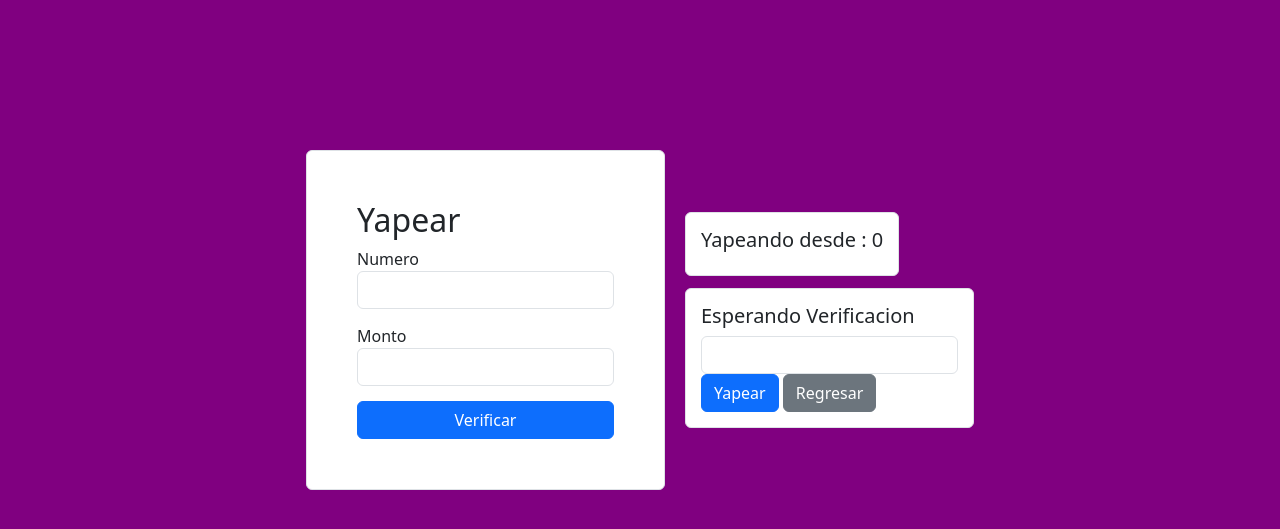
Repository: Gimblet/LP1_Proyecto_Yape
Page: http://localhost/Yape/Yapear.jsp
The author's editor kept a copy of each file at every save. The page is drawn from the files as they stood at one save, then again after the next save.
The browser window is 1280 px wide. The pictures show the whole page.
The page is served by Tomcat 9. Other server files are loaded and not shown. Queries for data that is not in the repository find no rows.

Above is the page before, as saved 2024-05-04 18:37:09.

### Yape/src/main/webapp/Yapear.jsp
<%@page import="data.ClaseUtilitaria"%>
<%@page import="gestion.Metodos"%>
<%@ page language="java" contentType="text/html; charset=ISO-8859-1" pageEncoding="ISO-8859-1" %>
<%  //Obtener Numero
	Metodos obtenerNumero = new Metodos();
	int numero = 0;
	if(obtenerNumero.obtenerUsuario() != 0)
		numero = obtenerNumero.obtenerUsuario();
%>
    <!DOCTYPE html>
    <html>

    <head>
        <meta charset="ISO-8859-1">
        <link href="Resources/bootstrap.min.css" rel="stylesheet">
        <title>Nuevo Yapeo</title>
        <style>
        	body{
        		background-color: purple;
				margin: 0;
        	}

            .container {
                display: flex;
            }

            main{
            	margin: auto;
            	display: flex;
            	gap: 20px;
            	margin-top: 150px;
            }

            aside{
            	display: flex;
            	flex-direction: column;
            	justify-content: center;
            	gap: 12px;
            }

            aside div{
            	padding: 15px;
            	background-color: white;
            }

            .form-container {
                align-self: center;
                padding: 50px 50px 50px 50px;
                background-color: white;
            }

            input:hover {
                cursor: pointer;
            }

            #ver1{
            	width: max-content;
            }

            #ola{
            	display: flex;
            	flex-direction: column;
            	gap: 15px;
            }

            section, aside{
            	witdh: 350px;
            }
        </style>
    </head>

    <body>
        <div class="container">
        <main>
        	<section>
        		<div class="form-container border rounded">
                	<form action="Servlet" method="post">
                	<%
                  	String respuesta = "Esperando Verificacion";
                  	if(request.getAttribute("ValidacionYape") != null){
                	  	ClaseUtilitaria item = (ClaseUtilitaria) request.getAttribute("ValidacionYape");
                	  	if(item.getRespuesta().equals("Datos Conformes")){
                		  	respuesta = "Estas Yapeando a : " + item.getNombreRecipiente() + "<br>" +
                          	"El monto de : " + "S/" + item.getMontoRecipiente();
                	  	}
                	  	else{
                			  respuesta = item.getRespuesta();
                	 	 }
                  	}
                	%>
                    	<h2>Yapear</h2>
                    	<div id="ola">
                    		<div class="form-group">
                    			<label>Numero</label>
                    			<input class="form form-control" required type="text" name="txtNumero" maxlength="9" minlength="9"
                    			<% if(request.getAttribute("ValidacionYape") != null){
                  	  			ClaseUtilitaria item = (ClaseUtilitaria) request.getAttribute("ValidacionYape");
								if(item.getRespuesta().equals("Datos Conformes")){ %> value=<%= item.getNumeroRecipiente() %> <%}} %>>
                    		</div>
                    		<div class="form-group">
                    			<label>Monto</label>
                    			<input class="form form-control" required type="text" name="txtMonto" <% if(request.getAttribute("ValidacionYape") != null){
                  	  			ClaseUtilitaria item = (ClaseUtilitaria) request.getAttribute("ValidacionYape");
								if(item.getRespuesta().equals("Datos Conformes")){ %> value=<%= item.getMontoRecipiente()%> <%} }%>>
                    		</div>
                    		<input class="btn btn-primary" type="submit" name="type" value="Verificar">
                    	</div>
                	</form>
            	</div>
        	</section>
        	<aside>
        		<div class="border rounded" id="ver1">
        			<h5>Yapeando desde : <%= numero %></h5>
        		</div>
        		<div class="border rounded" id="ver2">
        			<h5><%= respuesta %></h5>
        			<form action="Servlet" method="post">
        				<input class="form form-control" required type="hidden" name="txtNumero" maxlength="9" minlength="9"
                    	<% if(request.getAttribute("ValidacionYape") != null){
                  		ClaseUtilitaria item = (ClaseUtilitaria) request.getAttribute("ValidacionYape");
						if(item.getRespuesta().equals("Datos Conformes")){ %> value=<%= item.getNumeroRecipiente() %> <%}} %>>
						<input class="form form-control" required type="text" name="txtMonto" <% if(request.getAttribute("ValidacionYape") != null){
                  		ClaseUtilitaria item = (ClaseUtilitaria) request.getAttribute("ValidacionYape");
						if(item.getRespuesta().equals("Datos Conformes")){ %> value=<%= item.getMontoRecipiente()%> <%} }%>>
						<input class="btn btn-primary" type="submit" name="type" value="Yapear">
						<a href="Servlet?type=Volver" class="btn btn-secondary">Regresar</a>
        			</form>
        		</div>
        	</aside>
        </main>
        </div>
    </body>

    </html>

### Yape/src/main/java/interfaces/IntYape.java
package interfaces;

import java.util.List;

import data.ClaseUtilitaria;
import data.Logins;
import data.Yapes;

public interface IntYape {
	Logins Login(int numero, String clave, String tipoUsr);
	List<Yapes> ListarYapes();
	List<Yapes> ListarTodosLosYapes();
	List<Logins> ListarUsuarios();
	int obtenerUsuario();
	String obtenerTipoUsuario();
	void cerrarSesion();
	ClaseUtilitaria validarYape(int numero, double monto);
	boolean validarYapeEditar(int numeroRec, int numeroRem, double monto, double OGmonto);
	void editarYape(int id, int numeroRec, int numeroRem, double monto, double OGmonto);
	void eliminarYape(int id, int numeroRec, int numeroRem, double OGmonto);
	public void eliminarUsuario(int id);
	Logins obtenerInformacionUsuario(int id);
	void editarUsuario(int id, String nombreApe, double saldo, String clave);
	void yapear(int numero, double monto);
	ClaseUtilitaria obtenerInformacionYape(int id);
	public String formatearFecha(String OGFecha);
	public String formatearHora(String OGHora);
}

### Yape/src/main/java/util/MysqlConexion.java
package util;

import java.sql.Connection;
import java.sql.DriverManager;
import java.sql.SQLException;

public class MysqlConexion {
	public static Connection getConexion() {
		Connection con = null;
		try {
			Class.forName("com.mysql.cj.jdbc.Driver").getDeclaredConstructor().newInstance();
			String url = "jdbc:mysql://localhost:3306/dbYape";
			String usr = "root";
			String psw = "mysql";
			con = DriverManager.getConnection(url, usr, psw);
		} catch(ClassNotFoundException e) {
			System.out.println("Error con el Driver de Base de Datos" + e.getMessage());
		} catch(SQLException e){
			System.out.println("Error con la base de datos" + e.getMessage());
		} catch(Exception e) {
			System.out.println("Error General" + e.getMessage());
		}
		return con;
	}

	public static void closeConnection(Connection con) {
		try {
			con.close();
		} catch(SQLException e) {
			System.out.println("Problemas al cerrar la conexion");
			e.printStackTrace();
		}
	}
}

Loaded but not shown: Yape/src/main/webapp/Resources/bootstrap.min.css (library); Yape/src/main/java/gestion/Metodos.java (896 lines, source omitted)

After the next save:
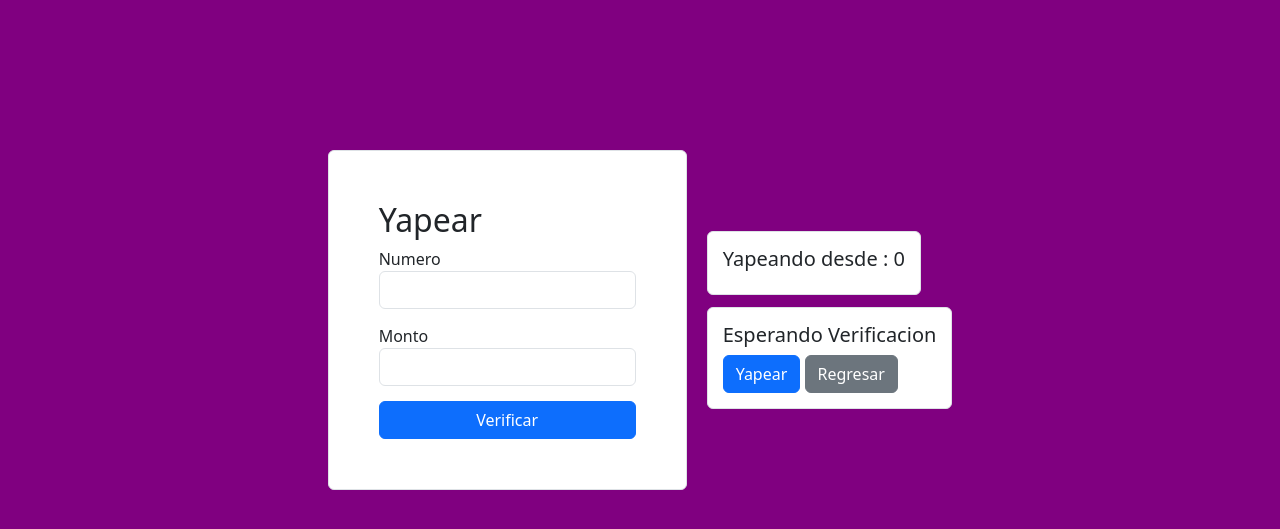
Saved 9 min 24 s later.
--- a/Yape/src/main/webapp/Yapear.jsp
+++ b/Yape/src/main/webapp/Yapear.jsp
@@ -119,7 +119,7 @@
                     	<% if(request.getAttribute("ValidacionYape") != null){
                   		ClaseUtilitaria item = (ClaseUtilitaria) request.getAttribute("ValidacionYape");
 						if(item.getRespuesta().equals("Datos Conformes")){ %> value=<%= item.getNumeroRecipiente() %> <%}} %>>
-						<input class="form form-control" required type="text" name="txtMonto" <% if(request.getAttribute("ValidacionYape") != null){
+						<input class="form form-control" required type="hidden" name="txtMonto" <% if(request.getAttribute("ValidacionYape") != null){
                   		ClaseUtilitaria item = (ClaseUtilitaria) request.getAttribute("ValidacionYape");
 						if(item.getRespuesta().equals("Datos Conformes")){ %> value=<%= item.getMontoRecipiente()%> <%} }%>>
 						<input class="btn btn-primary" type="submit" name="type" value="Yapear">
